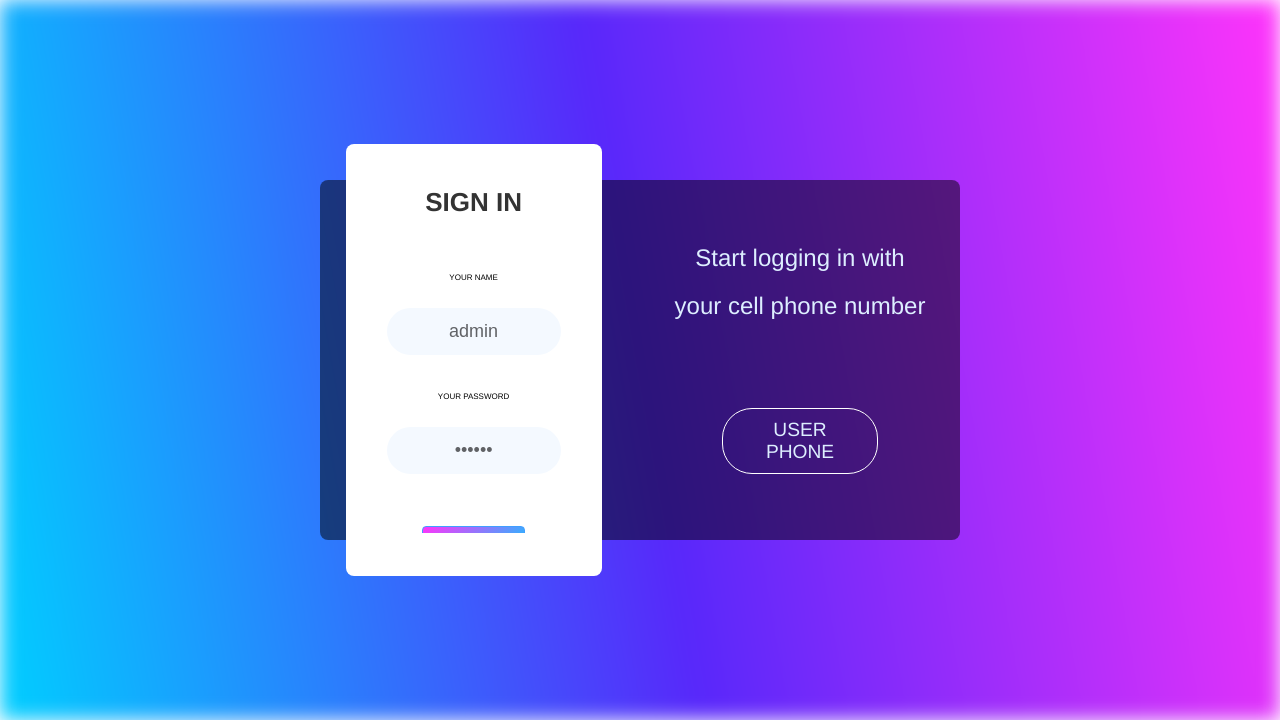
Repository: chunkpig/vue-admin
Page: /
The author's editor kept a copy of each file at every save. The page is drawn from the files as they stood at one save, then again after the next save.
The browser window is 1280 px wide. The pictures show the whole page.
The project was rebuilt for these pictures with package versions that can differ from the ones it lists, and the page was loaded fresh each time. Also part of the build but not shown: vue.config.js.

Above is the page before, as saved 2020-12-07 09:16:28.

After the next save:
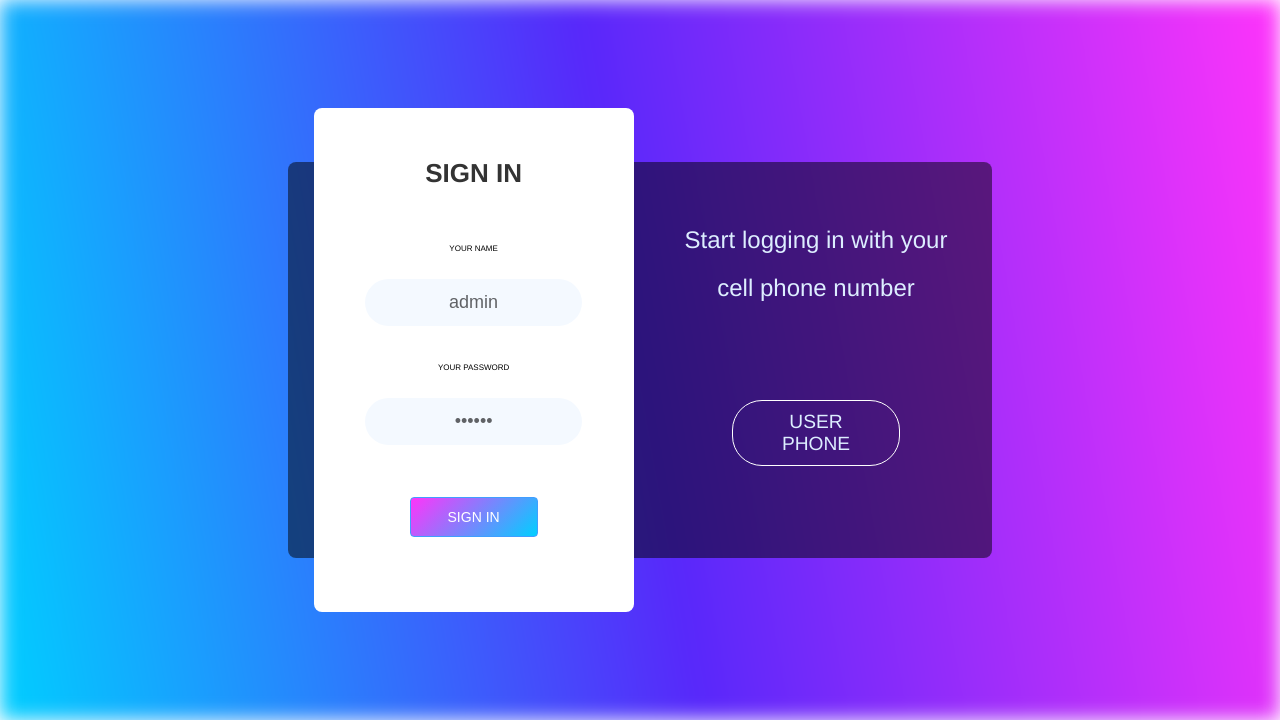
Saved 6 min 20 s later.
--- a/src/views/login/index.vue
+++ b/src/views/login/index.vue
@@ -95,8 +95,8 @@ $cursor: #333;
         left: 37%;
         width: 400px;
         height: 550px;
-        max-width: 20%;
-        max-height: 60%;
+        max-width: 25%;
+        max-height: 70%;
         display: flex;
         align-items: center;
         justify-content: center;
@@ -122,8 +122,8 @@ $cursor: #333;
         transform: translate(-50%,-50%);
         width: 1000px;
         height: 500px;
-        max-width: 50%;
-        max-height: 50%;
+        max-width: 55%;
+        max-height: 55%;
         display: flex;
         justify-content: space-around;
         // align-items: center;
